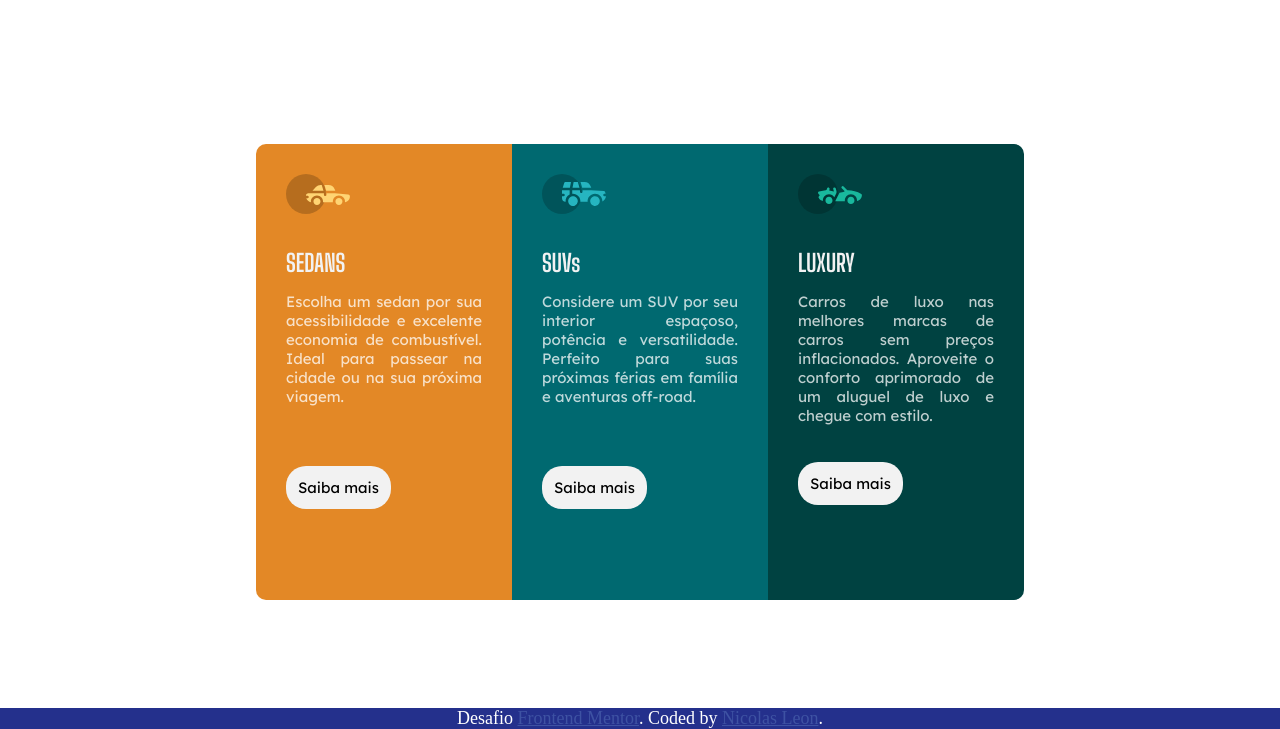
Repository: Leonngc/Car-cards
Page: index.html
These files come from the project's save history. The page is drawn as it stood at one moment and after the next save; the edit follows.
The browser window is 1280 px wide. The pictures show the whole page.

Above is the page before, as saved 2023-01-17 19:20:50.

After the next save:
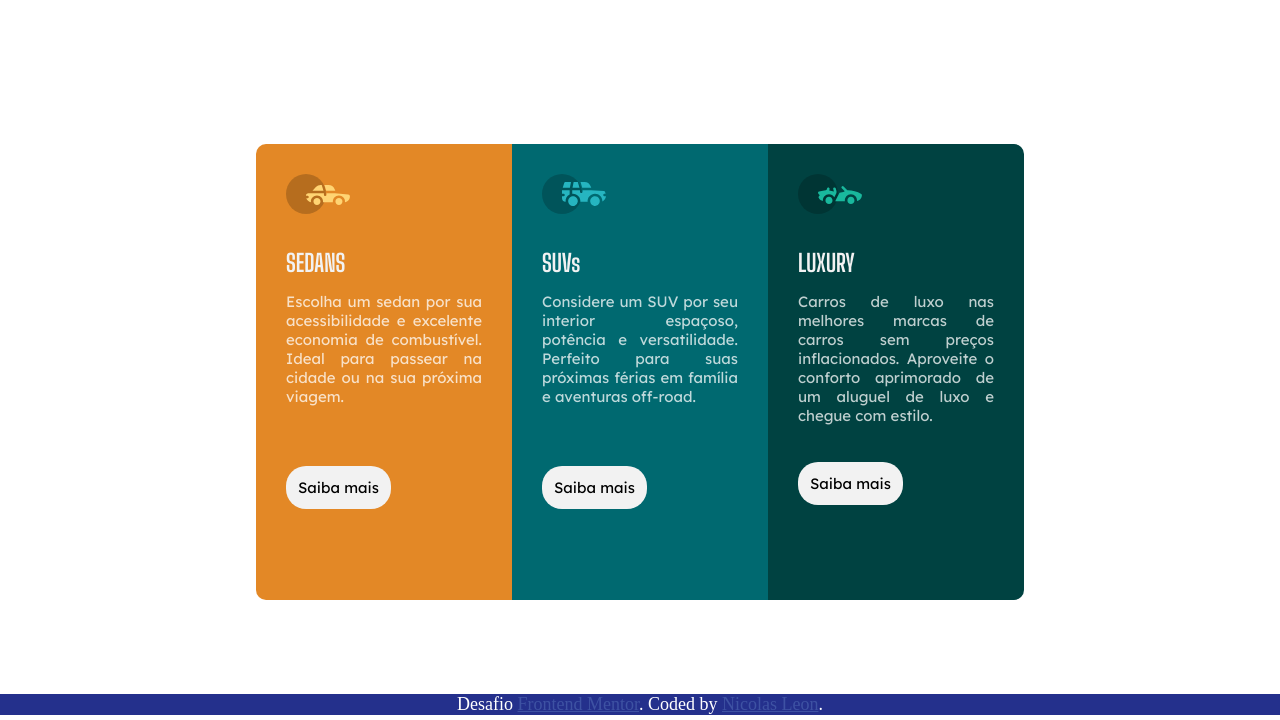
Saved 5 s later.
--- a/styles/style.css
+++ b/styles/style.css
@@ -83,7 +83,7 @@
     background-color: rgb(36, 48, 140);
     color: white;
     font-size: 18px;
-    margin-top: 15vh;
+    margin-top: 13vh;
   }
 
 /* Animations */
